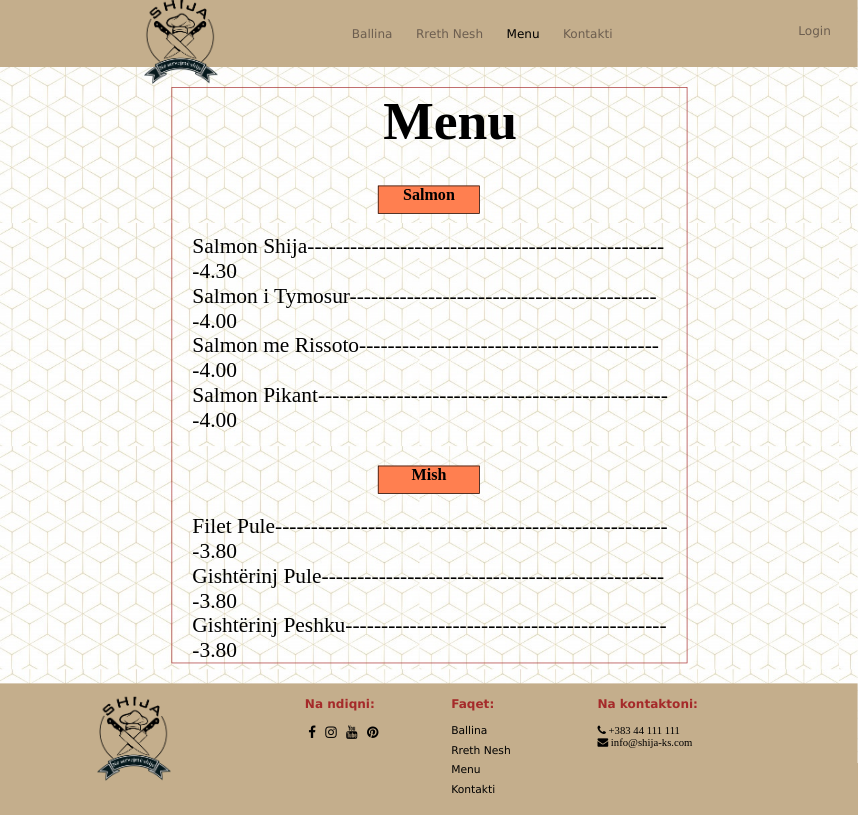
Repository: bs47892/ProjektiWeb-Shija2020
Page: menu.html
These files come from the project's save history. The page is drawn as it stood at one moment and after the next save; the edit follows.
The browser window is 1280 px wide. The pictures show the whole page, at 67% of full size.
Some web fonts or font styles are not loaded; a fallback is used.

Above is the page before, as saved 2021-02-12 14:23:32.

### menu.html
<!DOCTYPE html>
<html>
    <head>
<title> Restaurant Shija </title>
<link rel="stylesheet" type="text/css" href ="style.css">
<link rel="stylesheet" href="https://stackpath.bootstrapcdn.com/font-awesome/4.7.0/css/font-awesome.min.css">
<link rel="preconnect" href="https://fonts.gstatic.com">

<link href="https://fonts.googleapis.com/css2?family=Dancing+Script&family=EB+Garamond&family=Lovers+Quarrel&display=swap" rel="stylesheet">
    </head>
    <body>
       <header class="header">
           <div class ="container">
               <div class="logo">
            <img src="images/logo-png.png" alt="llogo" width="110" height="125"/>
               </div>
           <nav>
            <ul>
                <li><a href="shija.html" class="underline">Ballina</a></li>
                <li><a href="RrethNesh.html" class="underline">Rreth Nesh</a></li>
                <li><a href="menu.html" class="underline active">Menu</a></li>
                <li><a href="kontakti.html" class="underline">Kontakti</a></li>
            </ul>
            </nav>
            <li><a href="login/login.html" class="rightlog">Login</a></li>


           </div>
        </header>
 <!--********************Ketu perfundon tagu per header*****************************-->
<div class="menuja">
    <h1>Menu</h1>
    <div class="titull">
        <h2>Salmon</h2>
    </div>
        <ul>
            <li>Salmon Shija---------------------------------------------------4.30</li>
            <li>Salmon i Tymosur--------------------------------------------4.00</li>
            <li>Salmon me Rissoto-------------------------------------------4.00</li>
            <li>Salmon Pikant--------------------------------------------------4.00</li>
        </ul>
        <div class="titull">
            <h2>Mish</h2>
        </div>
        <ul>
            <li>Filet Pule--------------------------------------------------------3.80</li>
            <li>Gishtërinj Pule-------------------------------------------------3.80</li>
            <li>Gishtërinj Peshku----------------------------------------------3.80</li>

        </ul>

</div>








<!--**************************Ketu fillon footeri**********************************-->
<footer class="footer">
    <div class="inner_footer">
        <div class="logo">
            <img src="images/logo-png.png" alt="llogo" width="110" height="125"/>
        </div>
        <div class ="footer_third">

            <h3>Na ndiqni: </h3>
            <p>

            </p>
            <div class="socials">
            <ul>
            <li><a href="#"><i class="fa fa-facebook"></i></a></li>
            <li><a href="#"><i class="fa fa-instagram"></i></a></li>
            <li><a href="#"><i class="fa fa-youtube"></i></a></li>
            <li><a href="#"><i class="fa fa-pinterest"></i></a></li>
            </ul>
            </div>
        </div>
        <div class ="footer_third">
            <h3>Faqet: </h3>
            <p>

            </p>
            <div class="menu">
            <ul>
                <li><a href="shija.html">Ballina</a></li>
                <li><a href="RrethNesh.html">Rreth Nesh</a></li>
                <li><a href="menu.html">Menu</a></li>
                <li><a href="kontakti.html">Kontakti</a></li>
            </ul>
            </div>
            </div>

        <div class ="footer_third">
            <h3>Na kontaktoni: </h3>
            <p>

            </p>
            <div class="kontakti">
                <i class="fa fa-phone"> +383 44 111 111</i>
            <i class ="fa fa-envelope"> info@shija-ks.com</i>
            </div>
        </div>





    </footer>
    </body>
</html>

### style.css
*{
    margin:0;
    padding:0;
    list-style: none;
    text-decoration: none;
}
body{
    background-image:url(images/mainbackground.jpg);
}


header{
    min-height: 100px;
    background-color: rgb(196, 174, 140);
}
.logo {

    float:left;
    padding: 0 200px 0 215px;

}
nav ul li{
    float: left;
    line-height: 100px; /*text in the center*/
    padding-right: 15px;
}

nav ul li a{
    display: block;
    font-size: 18px;
    font-family:Verdana, Geneva, Tahoma, sans-serif;
    color:rgba(44, 37, 37, 0.582);
    padding: 0px 20px 1px 0px;

}

nav ul li a:hover{
    color:rgb(0, 0, 0);
}

.underline {
    display: inline;
    position: relative;
    user-select: none;
}



.underline::before {
    content: '';
    position: absolute;
    width: 100%;
    transform: scaleX(0);
    height: 3px;
    bottom: 0;
    left: 0;
    background-color: #000000c4;
    transform-origin: center;
    transition: transform 0.30s ease-out;
}
.underline:hover::before {
    transform: scaleX(1);
    transform-origin: center;
}

.active {
    color: black;
}
footer{
    position: relative;;    /*rreshti 47 dhe 48 e definojne poziten e footerit*/
    bottom: 0;
    width: 100vw;
    display: block;
    overflow: hidden;
    padding: 20px 0;
    box-sizing: border-box;
    background-color: rgb(196, 174, 140);
}
.inner_footer{
    display: block;
    margin: 0 auto;
    width: 1100px;
}
.inner_footer .logo{
   padding-left: 5%;

}
.inner_footer .footer_third{

  width: calc(21.666666667% - 20px);
  display: inline;
    float:left;
    height:100%
}
.inner_footer .footer_third:last-child{
    margin-right:0;
}
.inner_footer .footer_third h3{
    font-family: Verdana, Geneva, Tahoma, sans-serif;
    font-size:18px;
    color: brown;
    display:block;
    width: 100%;
    margin-bottom:20px;
}
.inner_footer .footer_third .socials a{
    font-family: Verdana, Geneva, Tahoma, sans-serif;

    display:block;
    color: black;
    font-weight:200;
    width: 100%;
    padding-bottom:20px;
}
.inner_footer .footer_third .socials li{
    display: inline-block;
    padding: 0 5px;
    font-size: 20px;
}
.inner_footer .footer_third .menu a{
    font-family:Verdana, Geneva, Tahoma, sans-serif;
    display:block;
    color: black;
    padding-bottom:10px;
}

.rightlog {
    float: right;
    display: block;
    font-size: 18px;
    font-family:Verdana, Geneva, Tahoma, sans-serif;
    color:rgba(44, 37, 37, 0.582);
    padding: 35px 40px 35px 35px;
}

.rightlog:hover {
    color: black;
}
/*main page (slider)*/
.slider{


    transform: translate(-25%, 0%);
       width:800px;
       height:500px;
       border-radius: 10px;
       overflow:hidden;

   }
   .slides{
       width:500%;
       height: 500px;
       display: flex;
   }
   .slides input{
       display: none;
   }
   .slide{
       width:20%;
       transition: 2s;
   }
   .slide img{
       width:800px;
       height:500px;
   }
   .navigation-manual{
   position: absolute;
   width:800px;
   margin-top: 460px;
   display: flex;
   justify-content: center;

   }
   .manual-btn{
       border:2px solid black;
       padding: 5px;
       border-radius: 10px;
       cursor:pointer;
       transition:1s;
   }
   .manual-btn:not(:last-child){
       margin-right: 40px;
   }
   .manual-btn:hover{
       background-color: black;

   }
   #radio1:checked ~ .first{
       margin-left:0;
   }
   #radio2:checked ~ .first{
       margin-left:-20%;
   }
   #radio3:checked ~ .first{
       margin-left:-40%;
   }
   #radio4:checked ~ .first{
       margin-left:-60%;
   }
   .navigation-auto{
       position: absolute;
       display: flex;
       width:800px;
       justify-content: center;
       margin-top: 460px;
   }
   .navigation-auto div{
       border:2px solid black;
       padding:5px;
       border-radius:10px;
       transition: 1s;
   }
   .navigation-auto div:not(:last-child){
       margin-right: 40px;
   }
   #radio:checked ~ .navigation-auto.auto-btn1{
       background: black;
   }
   #radio:checked ~ .navigation-auto.auto-btn2{
       background: black;
   }
   #radio:checked ~ .navigation-auto.auto-btn3{
       background: black;
   }
   #radio:checked ~ .navigation-auto.auto-btn4{
       background: black;
   }
   /*main slider perfundon ketu*/

   /*sllogani*/
   .sllogani{
       display:block;
       border:1px solid black;
       height: 200px;
       width: 100%;
       background-color:white;
       margin-top: 50px;
   }
   .sllogani h1{
      font-size: 500%;
      font-family:  'Dancing Script', cursive;
      color: brown;
      margin-top: 50px;
      margin-left: 30%;

   }
   /*perfundoi sllogani*/
   /*specialitet*/
   .specialiteti{
       display: block;
       border:1px solid white;
       height: 400px;
       width:100%;

   }
   .specialiteti img{
       float:left;
       margin-top:100px;
       margin-left: 20px;
       size: 275, 153;
   }
   .specialiteti h1{
       font-size: 300%;
       margin-top: 80px;
       font-family: 'EB Garamond', serif;
       font-style: italic;
   }
   .specialiteti p{
       float:right;
       font-size: 180%;
       margin-top: 25px;
       margin-right: 50px;
       line-height: 35px;
       font-family: 'EB Garamond', serif;
   }
   /*perfundon specialiteti*/
   .lokacioni{
    display: block;
    border:1px solid white;
    height: 500px;
    width:100%;
    background-color: white;

   }
.lokacioni img{
 float: left;
 margin-left: 50px;
}
.lokacioni h1{
    font-family: 'EB Garamond', serif;
    font-style: italic;
    margin-top: 50px;
    margin-left: 600px;
}
.lokacioni p{
float: right;
margin-right: 300px;
margin-top:50px;
font-size: 130%;
line-height: 50px;
font-family: 'EB Garamond', serif;
}
.lokacioni p i{
    color:mediumvioletred;
}

/* Rreth nesh */
.body02 {
    background-image:url(images/rrethdesc.png);
    height: 600px;
    width: 1536px;
}
.about-section{
    font-family: Verdana, Geneva, Tahoma, sans-serif;
}

.inner-container{
    height: 400px;
    font-family: 'Poppins', sans-serif;
}

.inner-container h1{
    font-size: 30px;
    font-weight: 900;
}

.text{
    font-size: 20px;
    color: #545454;
    line-height: px;
    text-align: justify;

}

h1 {
    margin-left: 41%;
    padding-top: 5px;
}

h2 {
    padding-top: 50px;
    padding-left: 30px;
}

p {
    line-height: 24px;
}

/*Menu fillon ketu*/
.menuja{
    border:1px solid brown;
    height: auto;
    width: 60%;
margin-left: 20%;
margin-top: 30px;
margin-bottom: 30px;
}
.menuja h1{
    font-family: 'Dancing Script', cursive ;
    font-size: 500%;
}
.menuja .titull{
    border: 1px solid black;
    height: 40px;
    width: 150px;
    text-align: center;
    background-color: coral;
    margin-left: 40%;
    margin-top: 50px;
}
.menuja .titull h2{
padding:0;
font-family: 'EB Garamond', serif;
}
.menuja ul{
    font-family: 'EB Garamond', serif;
    margin-left: 30px;
    margin-top: 30px;
    font-size: 200%;

}
/*Menu perfundon ketu*/


/*Contact Form fillon ketu*/

.containerc {
    max-width: 700px;
    width: 100%;
    margin: 0% 30% 30% 28% ;
    position: relative;
  }

  #contact input[type="text"],
  #contact input[type="email"],
  #contact input[type="tel"],
  #contact input[type="url"],
  #contact textarea,
  #contact button[type="submit"] {
    font: 400 12px/16px "Roboto", Helvetica, Arial, sans-serif;
  }

  #contact {
    background: #F9F9F9;
    padding: 25px;
    margin: 150px 0;
    box-shadow: 0 0 20px 0 rgba(0, 0, 0, 0.2), 0 5px 5px 0 rgba(0, 0, 0, 0.24);
  }

  #contact h3 {
    display: block;
    font-size: 40px;
    font-weight: 300;
    margin-bottom: 10px;
    text-align:center;
    font-family: Fjalla One, sans-serif;
  }

  #contact h4 {
    margin: 5px 0 15px;
    display: block;
    font-size: 13px;
    font-weight: 400;
    text-align: center;
    font-family: Fjalla One, sans-serif;
  }

  fieldset {
    border: medium none !important;
    margin: 0 0 10px;
    min-width: 100%;
    padding: 0;
    width: 100%;
  }

  #contact input[type="text"],
  #contact input[type="email"],
  #contact input[type="tel"],
  #contact input[type="url"],
  #contact textarea {
    width: 100%;
    border: 1px solid #ccc;
    background: #FFF;
    margin: 0 0 5px;
    padding: 10px;
    font-family: Arial, Helvetica, sans-serif;
  }

  #contact input[type="text"]:hover,
  #contact input[type="email"]:hover,
  #contact input[type="tel"]:hover,
  #contact input[type="url"]:hover,
  #contact textarea:hover {
    -webkit-transition: border-color 0.3s ease-in-out;
    -moz-transition: border-color 0.3s ease-in-out;
    transition: border-color 0.3s ease-in-out;
    border: 1px solid #aaa;
    font-family: Arial, Helvetica, sans-serif;
  }

  #contact textarea {
    height: 100px;
    max-width: 100%;
    resize: none;
  }

  #contact button[type="submit"] {
    cursor: pointer;
    width: 100%;
    border: none;
    background: #000000e1;
    color: rgb(255, 255, 255);
    margin: 0 0 5px;
    padding: 10px;
    font-size: 15px;
    border: 3px solid black;
    border-radius: 10px;
  }

  #contact button[type="submit"]:hover {
    background: rgba(255, 255, 255, 0);
    color: rgb(11, 59, 11);
    border: 3px solid black;
    -webkit-transition: background 1s ease-in-out;
    -moz-transition: background 1s ease-in-out;
    transition: background-color 1s ease-in-out;
  }

  #contact button[type="submit"]:active {
    box-shadow: inset 0 1px 3px rgb(126, 0, 0);
  }

  .copyright {
    text-align: center;
  }

  .aboutlink {
    font-size: 18px;
    color: #000000;
  }

  .aboutlink:hover {
    font-size: 18.9px;
  }

  #contact input:focus,
  #contact textarea:focus {
    outline: 0;
    border: 1px solid #aaa;
  }

  ::-webkit-input-placeholder {
    color: #888;
  }

  :-moz-placeholder {
    color: #888;
  }

  ::-moz-placeholder {
    color: #888;
  }

  :-ms-input-placeholder {
    color: #888;
  }

After the next save:
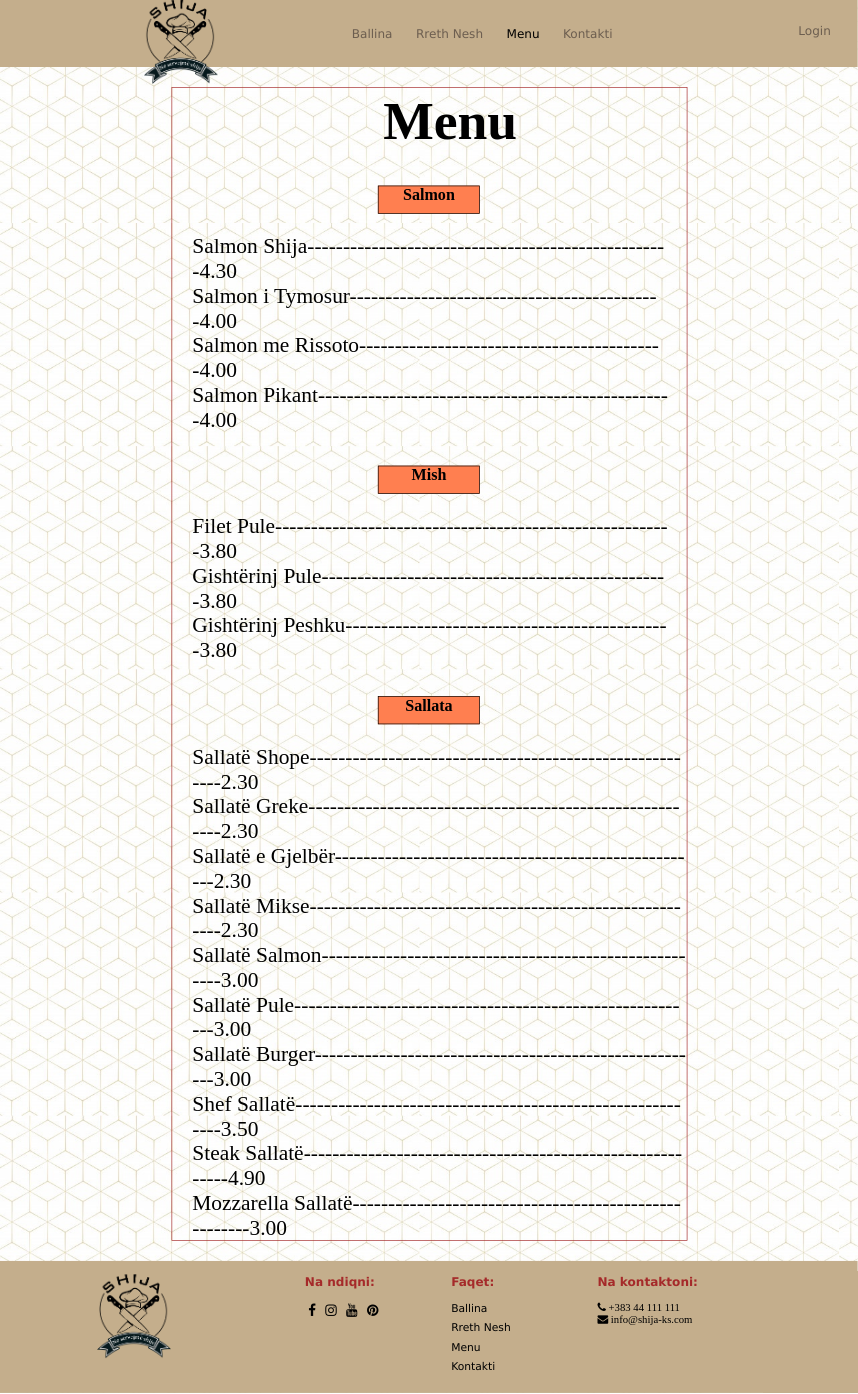
Saved 6 min 22 s later.
--- a/menu.html
+++ b/menu.html
@@ -46,6 +46,22 @@
             <li>Filet Pule--------------------------------------------------------3.80</li>
             <li>Gishtërinj Pule-------------------------------------------------3.80</li>
             <li>Gishtërinj Peshku----------------------------------------------3.80</li>
+
+        </ul>
+        <div class="titull">
+            <h2>Sallata</h2>
+        </div>
+        <ul>
+           <li>Sallatë Shope--------------------------------------------------------2.30</li>
+           <li>Sallatë Greke--------------------------------------------------------2.30</li>
+           <li>Sallatë e Gjelbër----------------------------------------------------2.30</li>
+           <li>Sallatë Mikse--------------------------------------------------------2.30</li>
+           <li>Sallatë Salmon-------------------------------------------------------3.00</li>
+           <li>Sallatë Pule---------------------------------------------------------3.00</li>
+           <li>Sallatë Burger-------------------------------------------------------3.00</li>
+           <li>Shef Sallatë----------------------------------------------------------3.50</li>
+           <li>Steak Sallatë----------------------------------------------------------4.90</li>
+           <li>Mozzarella Sallatë------------------------------------------------------3.00</li>
 
         </ul>
 
